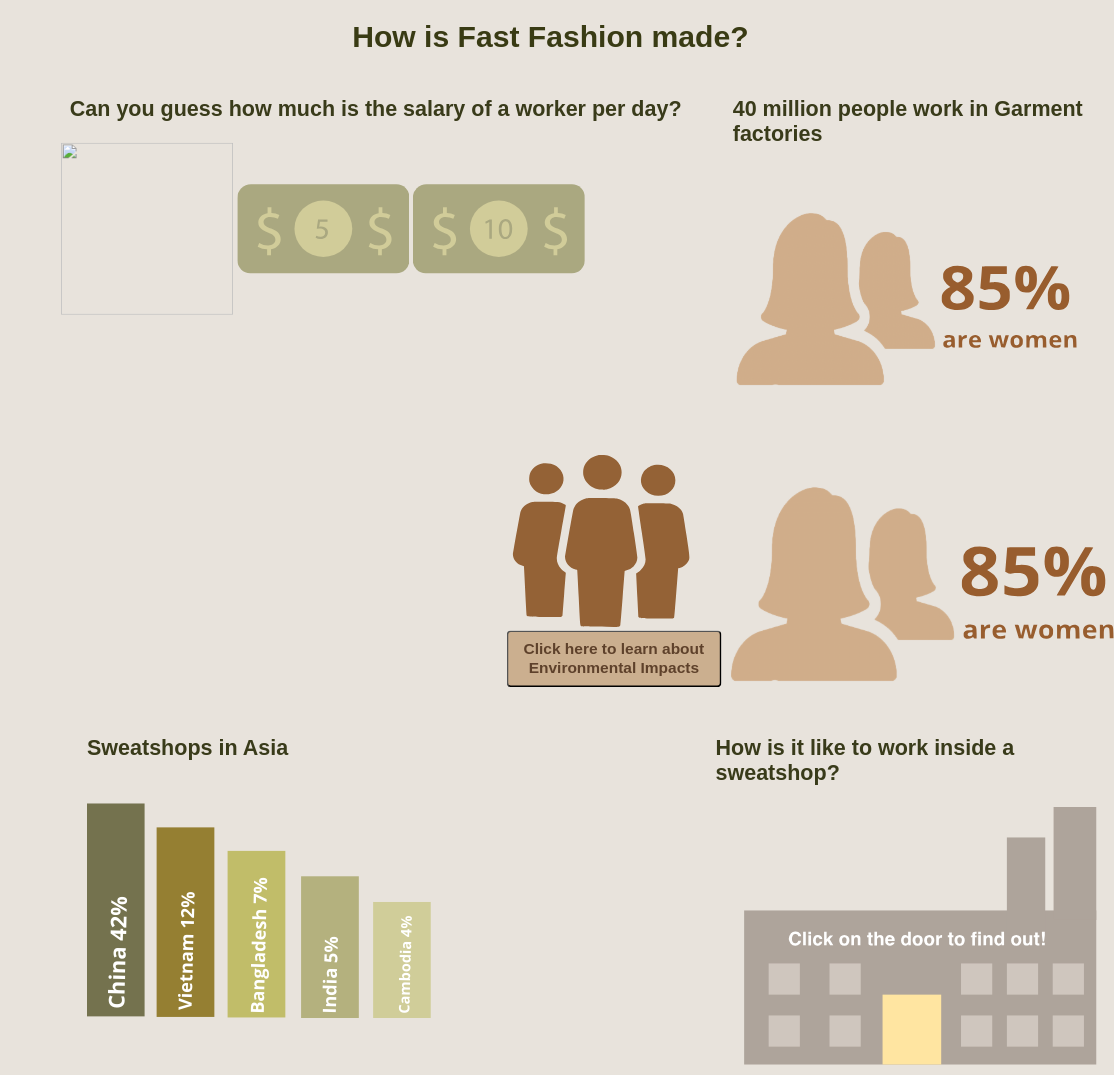
Repository: DevOfHockey/mdia-2190-midterm
Page: fashionlabor.html
An editor plug-in stored every save of this project. The page is shown before and after the next save, followed by the edit.
The browser window is 1280 px wide. The page is 1295 px wide, so the pictures cover 1295 px, including what lies to the right of the window. The pictures show the whole page, at 86% of full size.

Above is the page before, as saved 2022-03-08 13:52:17.

After the next save:
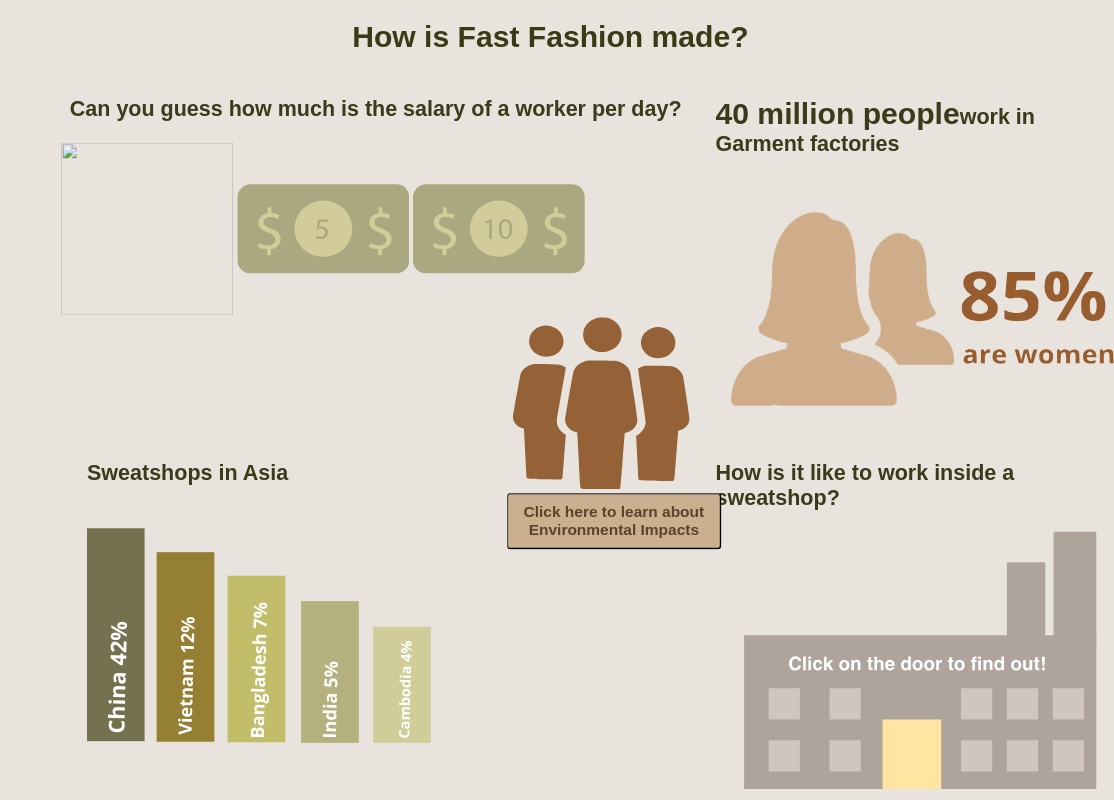
Saved 2 s later.
--- a/fashionlabor.html
+++ b/fashionlabor.html
@@ -30,10 +30,7 @@
       </div>
 
       <div class="asia">
-        <the-info
-          name="40 million people work in Garment factories"
-          img="/imgs/women.svg">
-        </the-info>
+        <p><span>40 million people</span>work in Garment factories</p>
         <the-women></the-women>
       </div>
 
